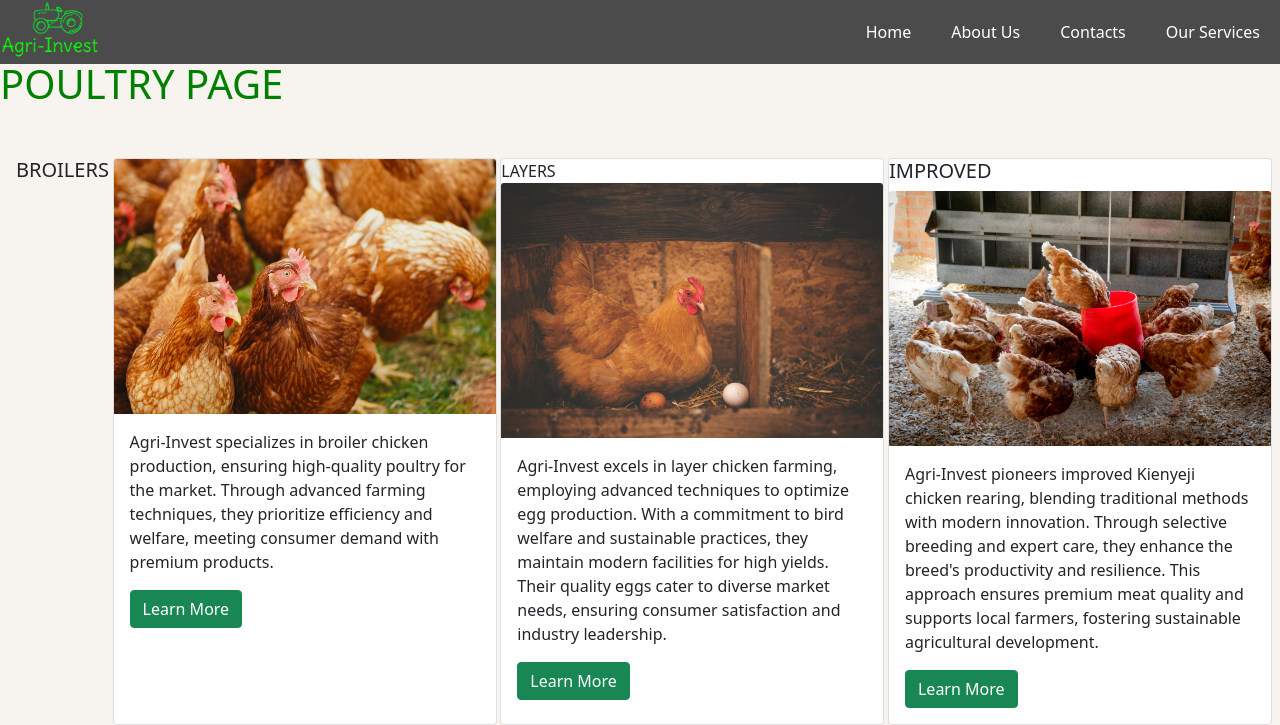
Repository: Allevandrose/Agri-invest
Page: poultry.html
These files come from the project's save history. The page is drawn as it stood at one moment and after the next save; the edit follows.
The browser window is 1280 px wide. The pictures show the whole page.

Above is the page before, as saved 2024-04-13 15:53:02.

After the next save:
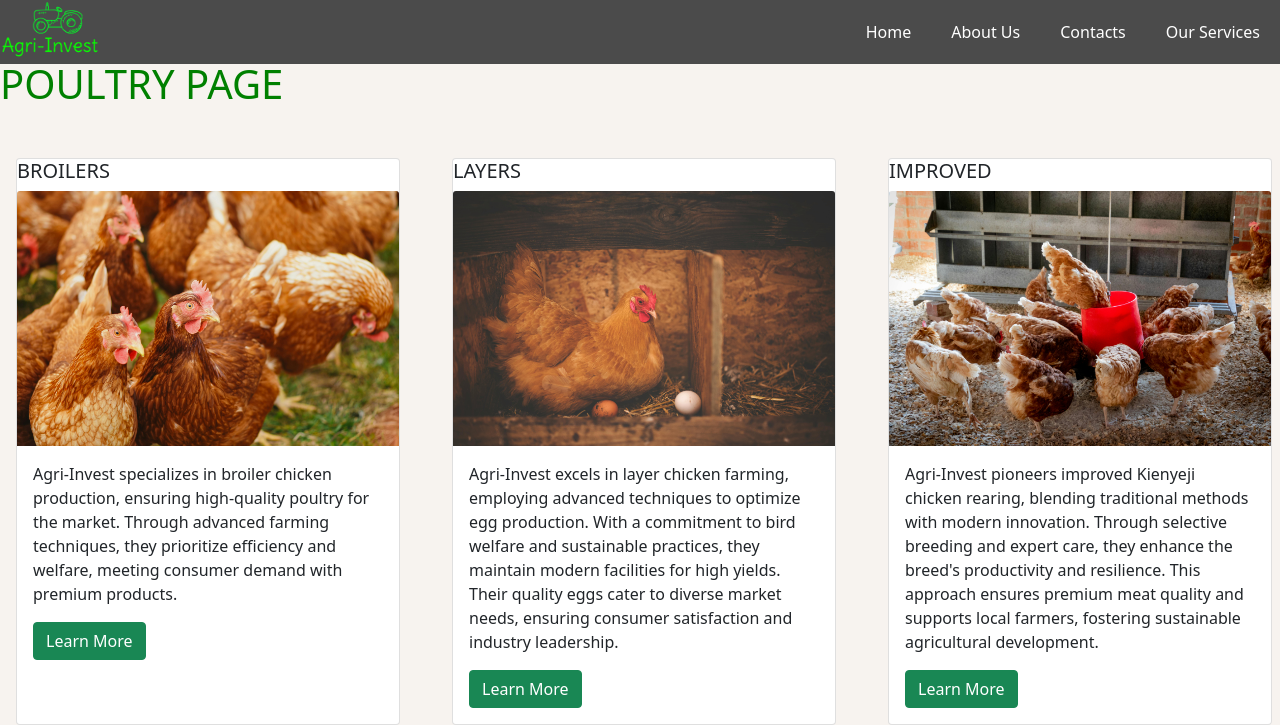
Saved 21 s later.
--- a/poultry.html
+++ b/poultry.html
@@ -25,18 +25,16 @@
     </nav>
 
     <div class="card-container d-flex flex-row">
-        <h5 class="card-title"> BROILERS</h5>
         <div class="card mr-2" style="width: 24rem;">
-
+            <h5 class="card-title"> BROILERS</h5>
             <img src="poultry images/chick1.jpg" class="card-img-top" alt="...">
             <div class="card-body">
                 <p class="card-text">Agri-Invest specializes in broiler chicken production, ensuring high-quality poultry for the market. Through advanced farming techniques, they prioritize efficiency and welfare, meeting consumer demand with premium products. </p>
                 <a href="#" class="btn btn-success">Learn More</a>
             </div>
         </div>
-
-        <div class="card mr-2" style="width: 24rem;" <h5 class="card-title">LAYERS</h5>
-
+        <div class="card mr-2" style="width: 24rem;">
+            <h5 class="card-title">LAYERS</h5>
             <img src="poultry images/chick2.jpg" class="card-img-top" alt="...">
             <div class="card-body">
                 <p class="card-text">Agri-Invest excels in layer chicken farming, employing advanced techniques to optimize egg production. With a commitment to bird welfare and sustainable practices, they maintain modern facilities for high yields. Their quality eggs cater
